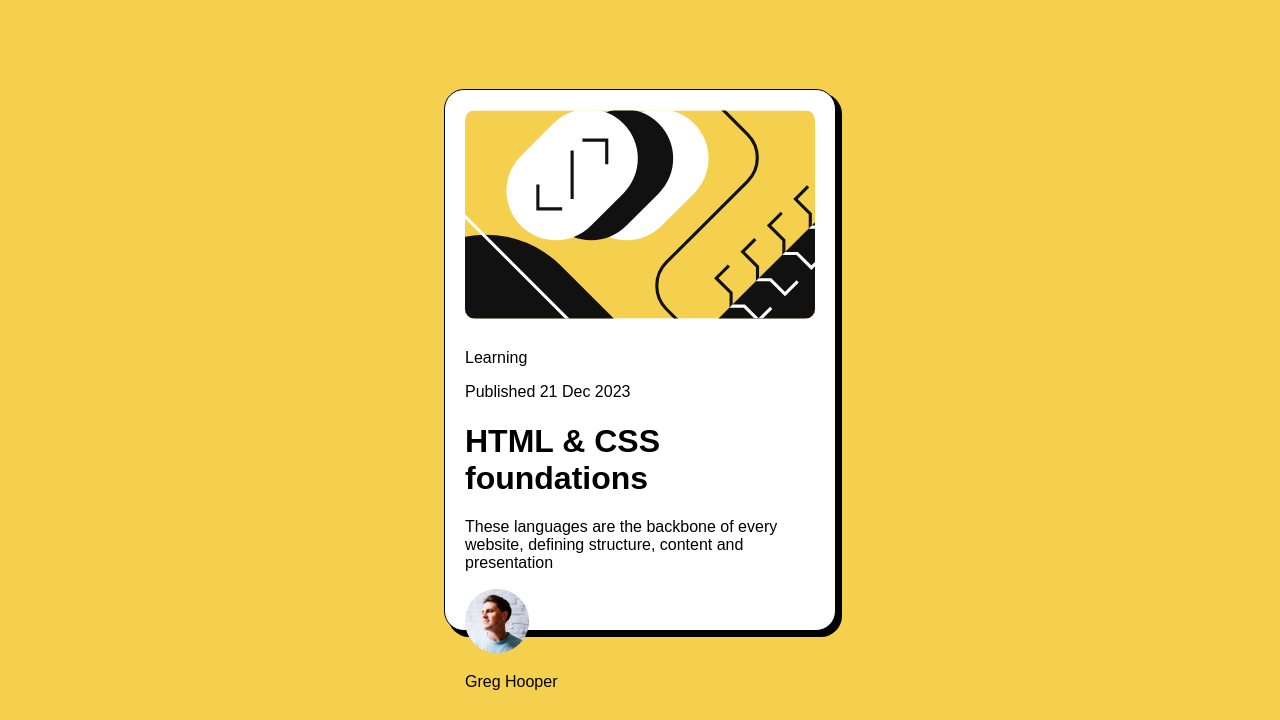
Repository: brandontaylor1/blogpreviewcard
Page: index.html
The author's editor kept a copy of each file at every save. The page is drawn from the files as they stood at one save, then again after a run of saves.
The browser window is 1280 px wide. The pictures show the whole page.

Above is the page before, as saved 2024-12-25 11:10:43.

After the next 2 saves:
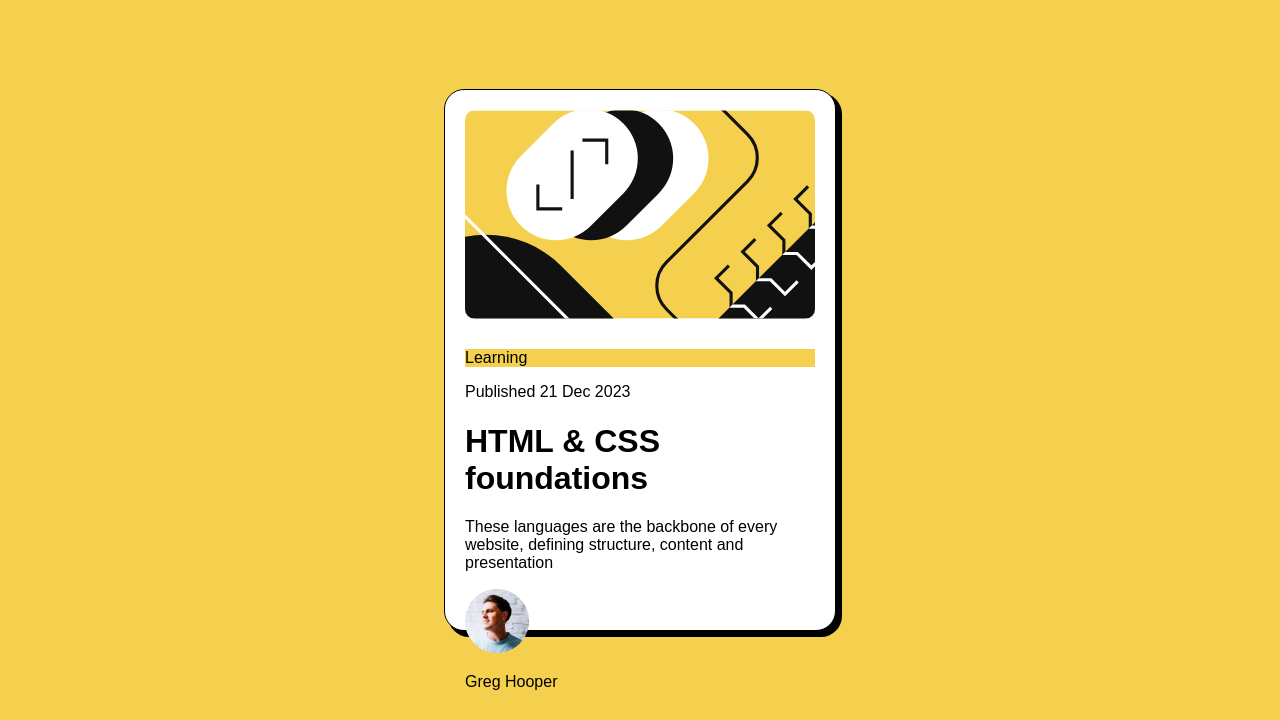
The 2 saves are shown as one change because they came seconds apart.
The last was saved 15 s later.
--- a/index.css
+++ b/index.css
@@ -48,3 +48,7 @@ body {
     margin-bottom: 10px;
     border-radius: 10px;
 }
+
+#learning-tag {
+    background-color: var(--primary-yellow);
+}
